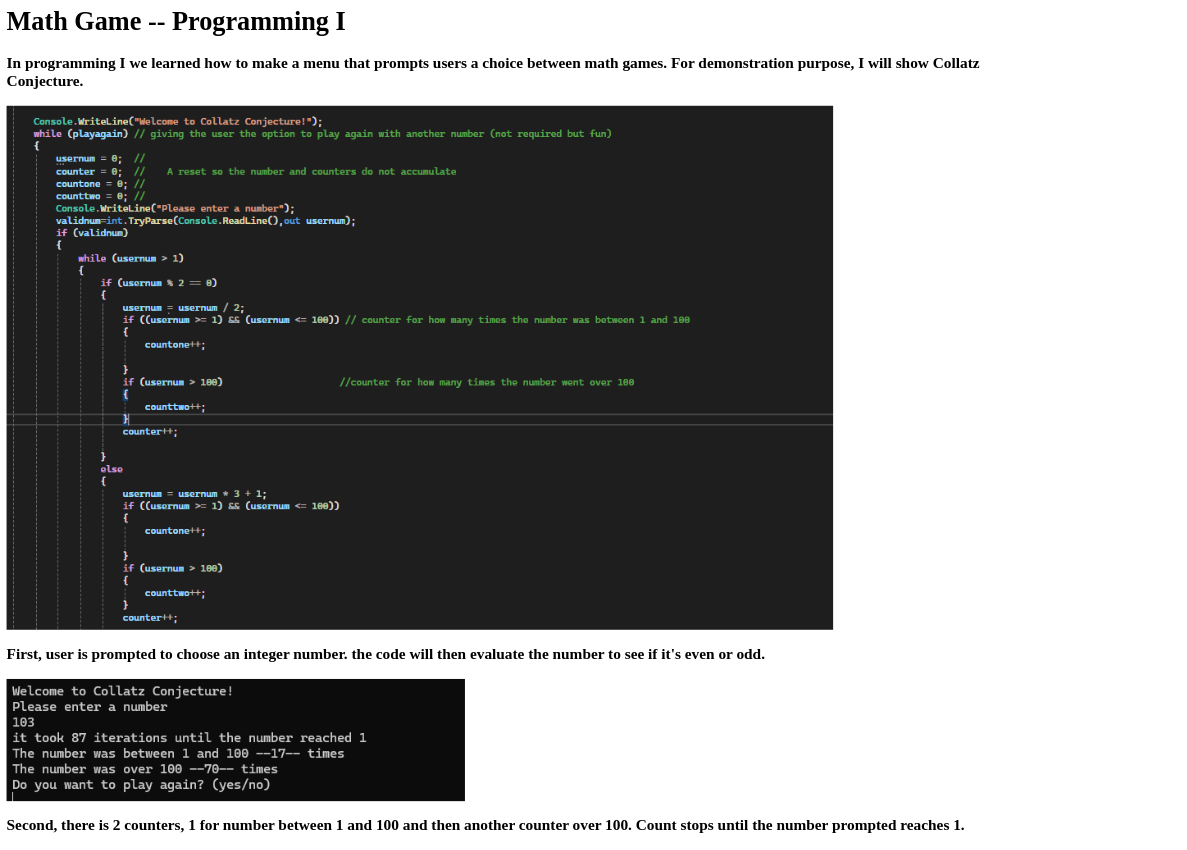
Repository: vGitCharles/vGitCharles
Page: pages/MathGame.html
An editor plug-in stored every save of this project. The page is shown before and after the next save, followed by the edit.
The browser window is 1280 px wide. The page is 1280 px wide, then 1448 px, so the pictures cover 1448 px, including what lies to the right of the window. The pictures show the whole page, at 82% of full size.

Above is the page before, as saved 2026-05-15 23:41:58.

### pages/MathGame.html
<h1>Math Game -- Programming I</h1>
<p>
    <h3>In programming I we learned how to make a menu that prompts users a choice between math games.
    For demonstration purpose, I will show Collatz Conjecture.
    </h3>
    <img src="/assets/images/MathGame1.png" alt="Collatz Code">


</p>
<p>
    <h3>
        First, user is prompted to choose an integer number. the code will then evaluate the number to see if it's even or odd.

    </h3>
    <img src="/assets/images/MathGame2.png" alt="Collatz Console UI">
    <h3>
        Second, there is 2 counters, 1 for number between 1 and 100 and then another counter over 100. Count stops until the number prompted reaches 1.
    </h3>
</p>

### styles/globals.css
@font-face {
    font-family:'IBM';
    src: url('../assets/fonts/DM_Serif_Text/DMSerifText-Regular.ttf') format('truetype');
}

body{
    font-family:'IBM',sans-serif ;
    overflow-x: hidden;
}
/*ensures all elements have box-sizing https://www.w3schools.com/cssref/sel_before.php*/
*,*::before, *::after{
    box-sizing: border-box;
}

### styles/index.css
.topBar{
    position: fixed;
    top:0;
    left: 0;
    right: 0;
    height:3rem;
    z-index: 100;
    background-color: black;
    border-bottom: 1px solid #2a2520;
    display: flex;
    align-items: center;
    justify-content: space-between;
    padding: 0 1.5rem;

}
.TopBar_Name{
    font-family:'IBM', sans-serif ;
    font-size: 1rem;
    color:whitesmoke;
    font-weight: 600;
}
.TopBar_Email{
    font-family: 'IBM',sans-serif;
    font-size:0.85rem;
    color: grey;
    text-decoration: none;
    transition: color 0.2s;
}
.TopBar_Email:hover{
    color: yellow;
}
/*SideBar*/
.sidebar{
    position: fixed;
    top:3rem;
    left: 0;
    bottom:0;
    width: 11rem;
    background-color: black;
    border-right: 1px solid black;
    padding:1.5rem 0;
    /*hidden off-screen on mobile*/
    transform: translateX(-100%);
    z-index:90;
}
.sidebar ul{
    list-style: none;
    margin:0;
    padding:0;
}

.sidebar_link{
    display:block;
    padding: 0.6rem 1.25rem;
    font-family: 'IBM', sans-serif;
    font-size:0.85rem;
    color: grey;
    text-decoration: none;
    border-left: 2px solid transparent;
    transition:color 0.2s, border-color 0.2s, background-color 0.2s;
}
.sidebar_link:hover{
    color:white;
    background-color: black;
    border-left-color: darkorange;

}
.sidebar_link:active{
    color:goldenrod;
    border-left-color: goldenrod;
    background-color: black;
}
.sidebar.is-open{
    transform:translateX(0);
}
/*Hamburger button (mobile only) https://www.w3schools.com/howto/howto_css_menu_icon.asp*/
.hamburger{
    display:flex;
    flex-direction: column;
    gap:5px;
    background: none;
    border:none;
    cursor:pointer;
    padding: 0.25rem;
    margin-right: 0.75rem;
}
.hamburger span{
    display:block;
    width:1.4rem;
    height:1.5px;
    background-color:white;
    border-radius: 2px;
}

/*Main Content*/
.page-content{
    margin-top: 3rem;
    margin-left: 11rem;
    padding:2rem 2.5rem;
    box-sizing: border-box;
    width:100%;
    overflow-x: hidden;

}
.page-content img{
    width:100%;
    max-width: 100%;
    height: auto;
    margin-block: 1rem;
}
/* Tablet*/
@media (min-width:40rem){
    .page-content{
        padding: 2rem 1.5rem;
    }
    .page-content img{
        max-width: 80%;
    }
}
/*Desktop*/
@media (min-width: 50rem){
    .hamburger{
        display: none;
    }
    .sidebar{
        transform: translateX(0);
    }
    .page-content{
        margin-left:11rem;
        padding:2rem 2.5rem;
    }
    .page-content img{
        max-width: 60%;
    }
}

After the next save:
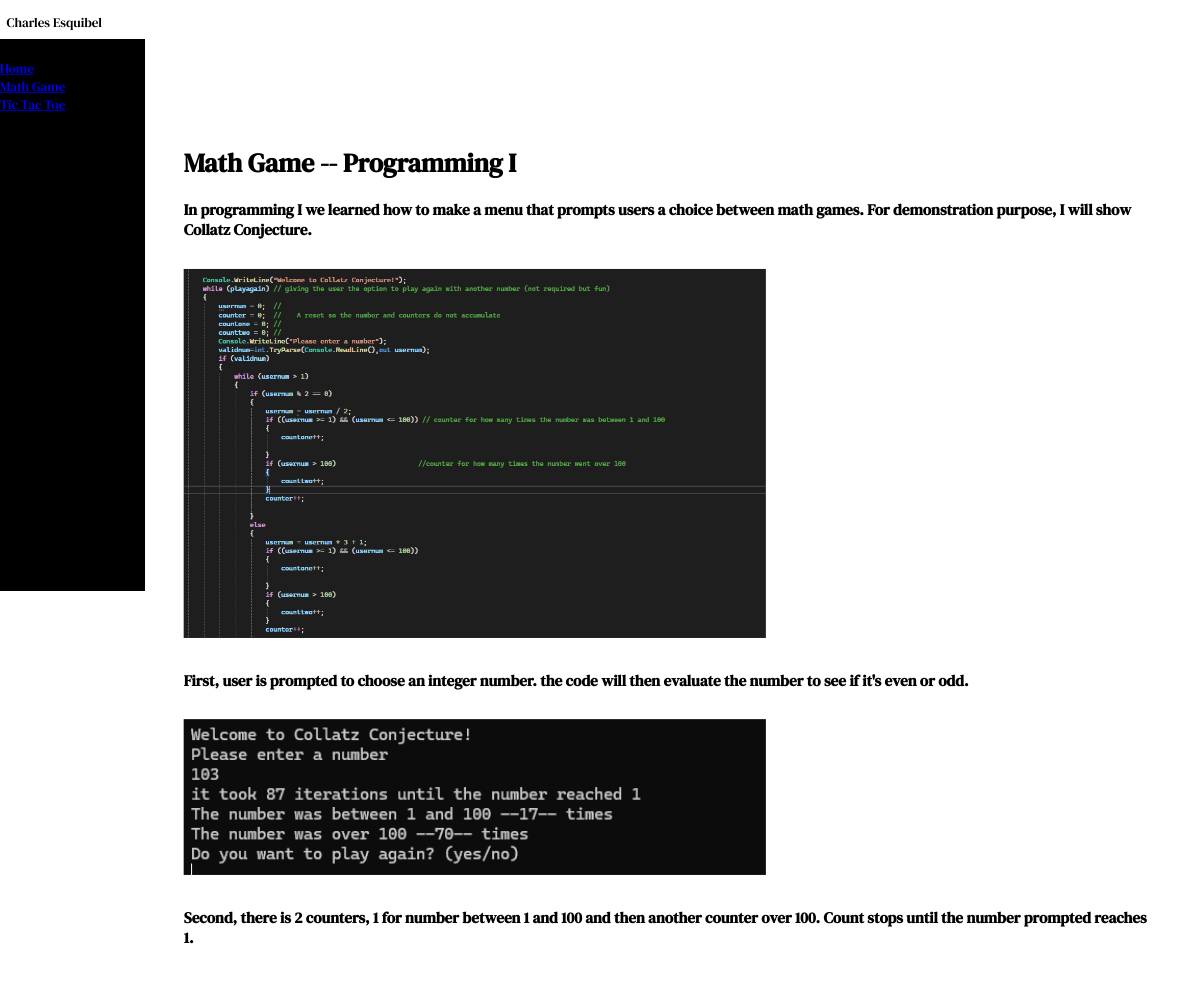
Not found: pages/scripts/sidebar.js
Saved 3 min 37 s later.
--- a/pages/MathGame.html
+++ b/pages/MathGame.html
@@ -1,19 +1,51 @@
-<h1>Math Game -- Programming I</h1>
-<p>
-    <h3>In programming I we learned how to make a menu that prompts users a choice between math games.
-    For demonstration purpose, I will show Collatz Conjecture.
-    </h3>
-    <img src="/assets/images/MathGame1.png" alt="Collatz Code">
+<!DOCTYPE html>
+<html lang="en">
+<head>
+    <meta charset="UTF-8">
+    <meta name="viewport" content="width=device-width, initial-scale=1.0">
+     <link rel="stylesheet" href="../styles/globals.css">
+     <link rel="stylesheet" href="../styles/index.css">
+     <script src="./scripts/sidebar.js"></script>
+    <title>Math Game</title>
+</head>
+<body>
+    <header class="topbar">
+        <button class="hamburger" id="hamburger" aria-label="Open Navigation" aria-expanded="false" aria-controls="sidebar">
+            <span></span>
+            <span></span>
+            <span></span>
+        </button>
+        <p class="topbar__name">Charles Esquibel</p>
+        <a class="topbar__email" href="mailto:esquibelcharles@gmail.com">Contact</a>
+    </header>
+    <nav class="sidebar" id="sidebar" aria-label="Site Navigation">
+        <ul>
+            <li><a href="../index.html" class="sidebar__link">Home</a></li>
+            <li><a href="../pages/MathGame.html" class="sidebar__link active">Math Game</a></li>
+            <li><a href="../pages/TicTacToe.html" class="sidebar__link">Tic Tac Toe</a></li>
+        </ul>
+    </nav>
+
+<main class="page-content">
+        <h1>Math Game -- Programming I</h1>
+    <p>
+        <h3>In programming I we learned how to make a menu that prompts users a choice between math games.
+        For demonstration purpose, I will show Collatz Conjecture.
+        </h3>
+        <img src="/assets/images/MathGame1.png" alt="Collatz Code">
 
 
-</p>
-<p>
-    <h3>
-        First, user is prompted to choose an integer number. the code will then evaluate the number to see if it's even or odd.
+    </p>
+    <p>
+        <h3>
+            First, user is prompted to choose an integer number. the code will then evaluate the number to see if it's even or odd.
 
-    </h3>
-    <img src="/assets/images/MathGame2.png" alt="Collatz Console UI">
-    <h3>
-        Second, there is 2 counters, 1 for number between 1 and 100 and then another counter over 100. Count stops until the number prompted reaches 1.
-    </h3>
-</p>
+        </h3>
+        <img src="/assets/images/MathGame2.png" alt="Collatz Console UI">
+        <h3>
+            Second, there is 2 counters, 1 for number between 1 and 100 and then another counter over 100. Count stops until the number prompted reaches 1.
+        </h3>
+    </p>
+</main>
+</body>
+</html>
